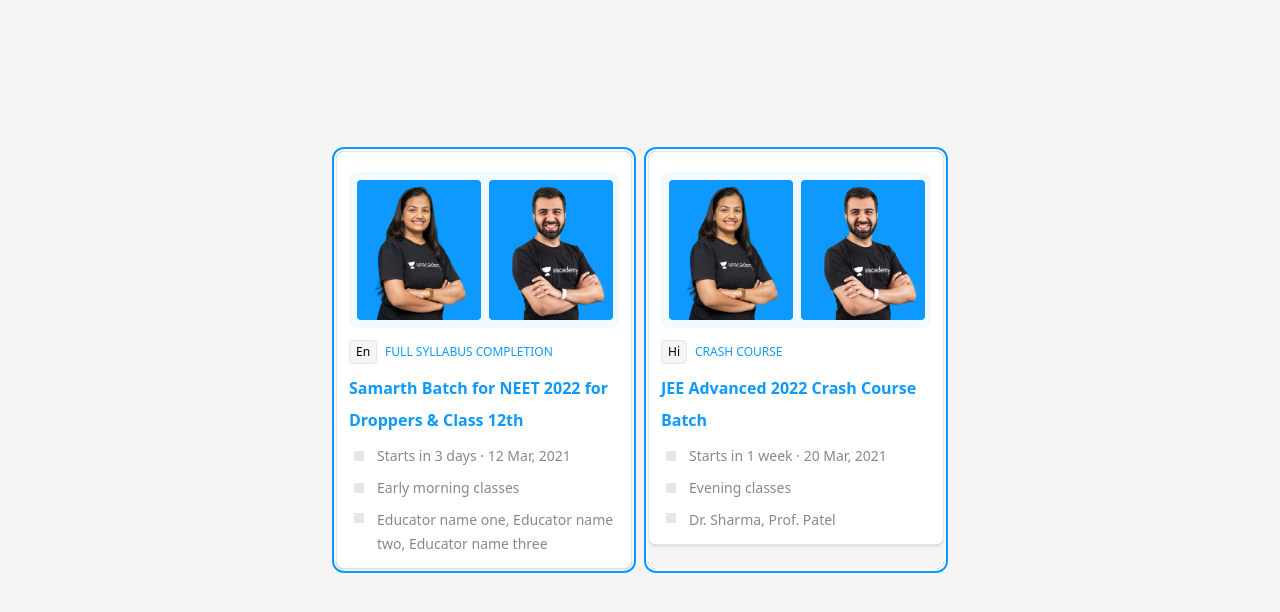
Repository: vignesh33654/resizablesidebar
Page: /
An editor plug-in stored every save of this project. The page is shown before and after the next save, followed by the edit.
The browser window is 1280 px wide. The pictures show the whole page.
The project was rebuilt for these pictures with package versions that can differ from the ones it lists, and the page was loaded fresh each time.

Above is the page before, as saved 2025-11-11 13:29:24.

### index.html
<!doctype html>
<html lang="en">
  <head>
    <meta charset="UTF-8" />
    <link rel="icon" type="image/svg+xml" href="/vite.svg" />
    <meta name="viewport" content="width=device-width, initial-scale=1.0" />
    <title>ai-app</title>
  </head>
  <body>
    <div id="root"></div>
    <script type="module" src="/src/main.tsx"></script>
  </body>
</html>

### src/index.css
@import "tailwindcss";

@theme {

  --font-display: "inter";

  /* Colors */
  --color-default: #37352f;
  --color-secondary: #898986;
  --color-tertiary: #ff00ff;
  --color-disabled: #d5d5d4;
  --color-white: #ffffff;
  --color-primary: #0d99ff;
  --color-success: #14ae5c;
  --color-failure: #f24822;
  --color-warning: #ffcd29;
  --color-Bg-0: #ffffff;
  --color-Bg-1: #f5f5f5;
  --color-Bg-2: #f1f0f1;
  --color-border-primary:#e6e6e6;

  /*text sizes*/
--text-h1: 30px;
--text-h2: 24px;
--text-h3: 20px;
--text-body-16: 16px;
--text-body-14: 14px;
--text-body-13: 13px;
--text-small-12: 12px;
--text-small-11: 11px;
--text-small-10: 10px;
}

@layer base {
  h1 {
    font-size: var(--text-h1);
    font-weight: 600;
    line-height: 40px;
    letter-spacing: -2.1%;
  }
  h2 {
    font-size: var(--text-h2);
    font-weight: 600;
    line-height: 32px;
    letter-spacing: -1.9%;
  }
  h3 {
    font-size: var(--text-h3);
    font-weight: 600;
    line-height: 32px;
    letter-spacing: -1.7%;
  }
  p {
    font-size: var(--text-body-16);
    font-weight: 400;
    line-height: 24px;
    letter-spacing: -1.1%;
  }

  /* Focus ring for accessibility */
  .focus-ring {
    @apply outline-none ring-2 ring-primary ring-offset-2 transition-shadow;
  }

  .focus-ring:focus-visible {
    @apply ring-2 ring-primary ring-offset-2;
  }
}

### src/App.tsx
import BatchCard from '@/components/BatchCard';

export default function App() {
  return (
    <div className="min-h-screen bg-Bg-1 flex items-center justify-center p-8">
      <div className="flex gap-4 flex-wrap justify-center max-w-[1200px]">
        <BatchCard
          language="En"
          topic="FULL SYLLABUS COMPLETION"
          title="Samarth Batch for NEET 2022 for Droppers & Class 12th"
          startDate="Starts in 3 days · 12 Mar, 2021"
          timing="Early morning classes"
          educators="Educator name one, Educator name two, Educator name three"
          href="#"
        />

        {/* Example with onClick instead of href */}
        <BatchCard
          language="Hi"
          topic="CRASH COURSE"
          title="JEE Advanced 2022 Crash Course Batch"
          startDate="Starts in 1 week · 20 Mar, 2021"
          timing="Evening classes"
          educators="Dr. Sharma, Prof. Patel"
          onClick={() => console.log('Batch clicked')}
        />
      </div>
    </div>
  )
}

### src/components/BatchCard.tsx
import educatorImg1 from '@/assets/educator-1.png';
import educatorImg2 from '@/assets/educator-2.png';
import placeholderIcon from '@/assets/placeholder.svg';

export interface BatchCardProps {
  language?: string;
  topic: string;
  title: string;
  startDate: string;
  timing: string;
  educators: string;
  href?: string;
  onClick?: () => void;
  educatorImages?: string[];
}

export default function BatchCard({
  language = "En",
  topic,
  title,
  startDate,
  timing,
  educators,
  href,
  onClick,
  educatorImages = [educatorImg1, educatorImg2],
}: BatchCardProps) {
  const CardWrapper = href ? 'a' : 'div';
  const wrapperProps = href
    ? {
        href,
        className: "block no-underline focus-ring rounded-lg transition-transform hover:scale-[1.02] active:scale-[0.98]",
        tabIndex: 0,
        'aria-label': `View batch: ${title}`
      }
    : {
        className: "block",
        ...(onClick && {
          role: "button" as const,
          tabIndex: 0,
          onClick,
          onKeyDown: (e: React.KeyboardEvent) => {
            if (e.key === 'Enter' || e.key === ' ') {
              e.preventDefault();
              onClick();
            }
          },
          'aria-label': `View batch: ${title}`,
          className: "block cursor-pointer focus-ring rounded-lg transition-transform hover:scale-[1.02] active:scale-[0.98]"
        })
      };

  return (
    <CardWrapper {...wrapperProps}>
      <article
        className="flex flex-col gap-3 p-3 bg-Bg-0 rounded-lg border border-border-primary shadow-sm w-[296px]"
        aria-label="Batch information card"
      >
        <div className="flex flex-col gap-0.5 items-center">
          <div className="bg-divider h-0.5 rounded-[20px] w-[168px]" aria-hidden="true" />
          <div className="bg-divider h-0.5 rounded-[20px] w-[208px]" aria-hidden="true" />

          <div
            className="bg-primary/5 flex gap-2 p-2 rounded-lg w-full h-[156px]"
            role="img"
            aria-label={`Educators for ${title}`}
          >
            {educatorImages.slice(0, 2).map((img, idx) => (
              <div
                key={idx}
                className="bg-primary h-[140px] w-[124px] rounded overflow-hidden relative shrink-0"
              >
                <img
                  src={img}
                  alt={`Educator ${idx + 1}`}
                  className="w-full h-full object-cover"
                />
              </div>
            ))}
          </div>
        </div>

        <div className="flex flex-col gap-2 w-full">
          <div className="flex gap-2 items-center">
            <span
              className="bg-neutral-100 border border-border-primary text-text-primary text-small-12 px-1.5 py-0.5 rounded inline-flex items-center justify-center min-w-[26px]"
              aria-label={`Language: ${language}`}
            >
              {language}
            </span>
            <span
              className="text-primary text-small-12 flex-1 min-w-0"
              aria-label={`Topic: ${topic}`}
            >
              {topic}
            </span>
          </div>

          <div className="flex flex-col gap-2">
            <h3 className="text-primary text-body-16 m-0">
              {title}
            </h3>

            <div className="flex gap-2 items-center">
              <div className="image-placeholder w-5 h-5 shrink-0" aria-hidden="true">
                <img src={placeholderIcon} alt="" className="w-full h-full" />
              </div>
              <p className="text-secondary text-body-14 flex-1 min-w-0 m-0">
                {startDate}
              </p>
            </div>

            <div className="flex gap-2 items-center">
              <div className="image-placeholder w-5 h-5 shrink-0" aria-hidden="true">
                <img src={placeholderIcon} alt="" className="w-full h-full" />
              </div>
              <p className="text-secondary text-body-14 flex-1 min-w-0 m-0">
                {timing}
              </p>
            </div>

            <div className="flex gap-2 items-start">
              <div className="image-placeholder w-5 h-5 shrink-0" aria-hidden="true">
                <img src={placeholderIcon} alt="" className="w-full h-full" />
              </div>
              <p className="text-secondary text-body-14 flex-1 min-w-0 m-0">
                {educators}
              </p>
            </div>
          </div>
        </div>
      </article>
    </CardWrapper>
  );
}

Loaded but not shown: src/main.tsx (common file)

After the next save:
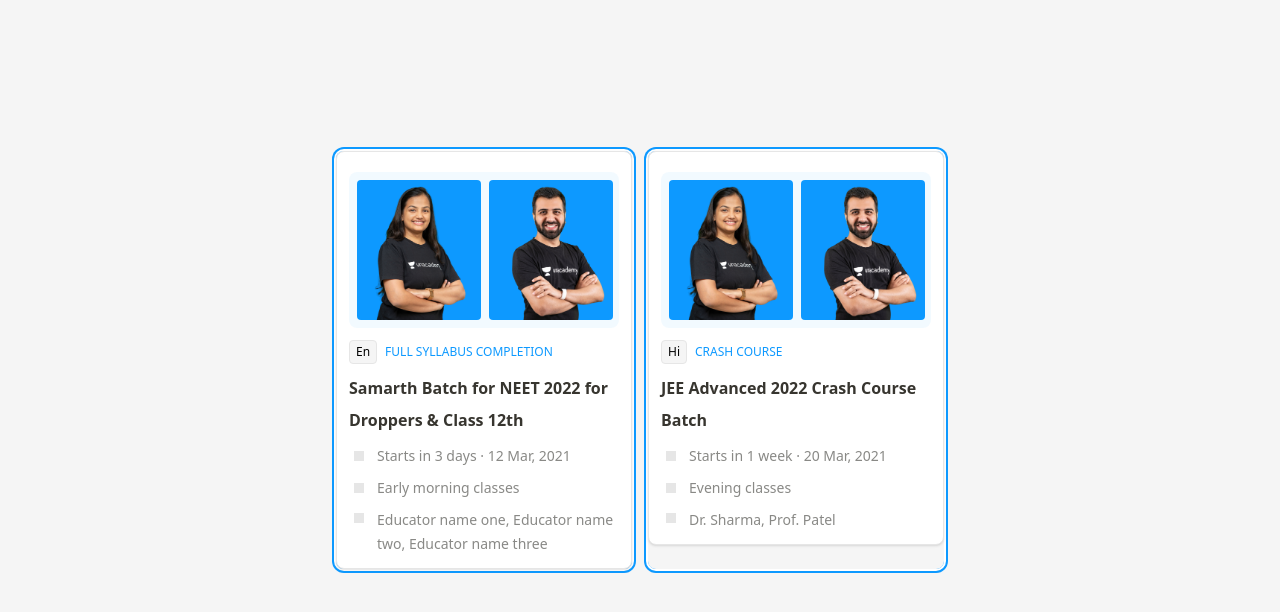
Saved 55 s later.
--- a/src/components/BatchCard.tsx
+++ b/src/components/BatchCard.tsx
@@ -97,7 +97,7 @@
           </div>
 
           <div className="flex flex-col gap-2">
-            <h3 className="text-primary text-body-16 m-0">
+            <h3 className="text-default text-body-16 m-0">
               {title}
             </h3>
 
